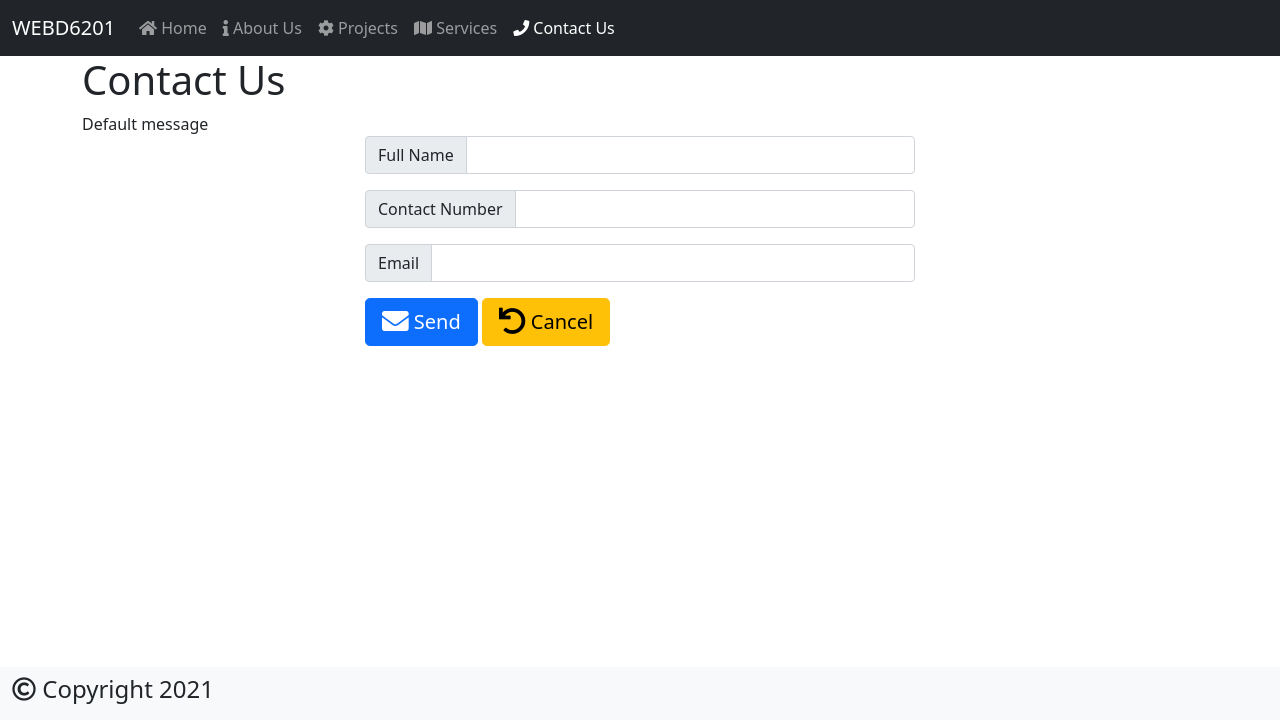
Repository: spencernewellevans/WEBD6201-ICE01
Page: contact.html
These files come from the project's save history. The page is drawn as it stood at one moment and after the next save; the edit follows.
The browser window is 1280 px wide. The pictures show the whole page.

Above is the page before, as saved 2021-01-22 21:46:20.
Console error: TypeError: document.getElementsById is not a function

### contact.html
<!DOCTYPE html>
<html lang="en">
<head>
    <meta charset="UTF-8">
    <meta name="viewport" content="width=device-width, initial-scale=1.0">
    <title>Contact</title>
    <!-- CSS Section-->
    <link rel="stylesheet" href="./node_modules/bootstrap/dist/css/bootstrap.min.css">
    <link rel="stylesheet" href="./node_modules/@fortawesome/fontawesome-free/css/all.min.css">
    <link rel="stylesheet" href="./Content/app.css">
</head>
<body>
    <!-- Main Header -->
    <header>
        <!-- Main Navigation -->
        <nav class="navbar navbar-expand-lg navbar-dark bg-dark">
            <div class="container-fluid">
              <a class="navbar-brand" href="#=index.html">WEBD6201</a>
              <button class="navbar-toggler" type="button" data-bs-toggle="collapse" data-bs-target="#navbarSupportedContent" aria-controls="navbarSupportedContent" aria-expanded="false" aria-label="Toggle navigation">
                <span class="navbar-toggler-icon"></span>
              </button>
              <div class="collapse navbar-collapse" id="navbarSupportedContent">
                <ul class="navbar-nav me-auto mb-2 mb-lg-0">
                  <li class="nav-item">
                    <a class="nav-link" aria-current="page" href="index.html"><i class="fas fa-home fa-large"></i> Home</a>
                  </li>

                  <li class="nav-item">
                    <a class="nav-link" aria-current="page" href="about.html"><i class="fas fa-info fa-large"></i> About Us</a>
                  </li>

                  <li class="nav-item">
                    <a class="nav-link" aria-current="page" href="projects.html"><i class="fas fa-cog fa-large"></i> Projects</a>
                  </li>

                  <li class="nav-item">
                    <a class="nav-link" aria-current="page" href="services.html"><i class="fas fa-map fa-large"></i> Services</a>
                  </li>

                  <li class="nav-item">
                    <a class="nav-link active" aria-current="page" href="contact.html"><i class="fas fa-phone fa-large"></i> Contact Us</a>
                  </li>
                </ul>
              </div>
            </div>
          </nav>
    </header>

    <!-- Main Content -->
    <main class="container">
        <h1>Contact Us</h1>
        <div id="messageArea">Default message</div>

        <div class="row justify-content-md-center g-3">
          <form class="col-lg-6 col-md-8 col-sm-10">

            <div class="input-group mb-3">
              <span class="input-group-text" id="inputGroup-sizing-default">Full Name</span>
              <input id="fullName" type="text" class="form-control" aria-label="Full name" aria-describedby="Full Name input" name="fullName" required>
            </div>

            <div class="input-group mb-3">
              <span class="input-group-text" id="inputGroup-sizing-default">Contact Number</span>
              <input id="contactNumber" type="tel" class="form-control" aria-label="Contact Number" aria-describedby="Contact Number Input" name="contactNumber" required>
            </div>

            <div class="input-group mb-3">
              <span class="input-group-text" id="inputGroup-sizing-default">Email</span>
              <input id="emailAddress" type="email" class="form-control" aria-label="Email Address" aria-describedby="Email Address Input" name="emailAddress" required>
            </div>

            <button type="submit" class="btn btn-primary btn-lg"><i class="fas fa-envelope fa-lg"></i> Send</button>
            <button type="reset" class="btn btn-warning btn-lg"><i class="fas fa-undo fa-lg"></i> Cancel</button>
          </form>
        </div>


    </main>

    <!-- Main Footer -->
    <footer>
        <nav class="navbar fixed-bottom navbar-light bg-light">
            <div class="container-fluid">
              <h4><i class="far fa-copyright fa-large"></i> Copyright 2021</h4>
            </div>
          </nav>
    </footer>

    <!-- Script Section -->
    <script src="./node_modules/jquery/dist/jquery.min.js"></script>
    <script src="./node_modules/bootstrap/dist/js/bootstrap.bundle.min.js"></script>
    <script src="./Scripts/app.js"></script>
</body>
</html>

### content/app.css
/* Custom CSS goes here */

### scripts/app.js
/* Custom JavaScript goes here */

// IIFE - Immediately Invoked Function Expression
// Anonymous self-executing expression
// limits scope leak

"use strict";

(function()
{
    function displayHome()
    {
        let paragraphOneText = "This is a simple site to demonstrate DOM manipulation for ICE 1";

        let paragraphOneElement = document.getElementById("paragraphOne");

        paragraphOneElement.textContent = paragraphOneText;
        paragraphOneElement.className = "fs-5"

        // CREATION
        // Step 1. create the element
        let newParagraph = document.createElement("p");
        // Step 2. configure the element
        newParagraph.setAttribute("id","paragraphTwo");
        newParagraph.textContent = "...And this is paragraph two"
        // Step 3. select parent element
        let mainContent = document.getElementsByTagName("main")[0];
        // Step 3. insert the element
        mainContent.appendChild(newParagraph);
        newParagraph.className = "fs-6";

        let paragraphDiv = document.createElement("div");
        let paragraphThree =  `<p id="paragraphThree" class="fs-7 fw-bold">And this is the third paragraph</p>`;
        paragraphDiv.innerHTML = paragraphThree;

        // INSERTION
        // insertion before a node example
        //newParagraph.before(paragraphDiv);

        // insertion after a node example
        newParagraph.after(paragraphDiv);

        // DELETION
        // example of removing a single element
        //paragraphOneElement.remove();

        // removeChild example
        mainContent.removeChild(paragraphOneElement);

        // MODIFICATION
        //mainContent.firstElementChild.textContent = "Welcome Home!"
        mainContent.innerHTML =
        `<h1 id="firstHeading">Welcome to WEBD6201 - Lab 1</h1>
        <p id="paragraphOne" class="fs-3">This is the first paragraph</p>
        `;
    }

    function displayAbout()
    {

    }

    function displayProjects()
    {

    }

    function displayServices()
    {

    }

    function displayContact()
    {
        let messageArea = document.getElementsById("messageArea");
        messageArea.hidden = true;

        //form validation

        let fullName = document.getElementById("fullName");
        fullName.addEventListener("blur", function(){
            if(fullName.value.length < 2)
            {
                fullName.focus();
            }

        });
    }

    function Start()
    {
        console.log("App Started...");

        switch (document.title)
        {
          case "Home":
            displayHome();
            break;
          case "About":
            displayAbout();
            break;
          case "Projects":
            displayProjects();
            break;
          case "Services":
            displayServices();
            break;
          case "Contact":
            displayContact();
            break;
        }



    }

    window.addEventListener("load", Start);

})();

Loaded but not shown: node_modules/bootstrap/dist/css/bootstrap.min.css (library); node_modules/@fortawesome/fontawesome-free/css/all.min.css (library); node_modules/jquery/dist/jquery.min.js (library); node_modules/bootstrap/dist/js/bootstrap.bundle.min.js (library)

After the next save:
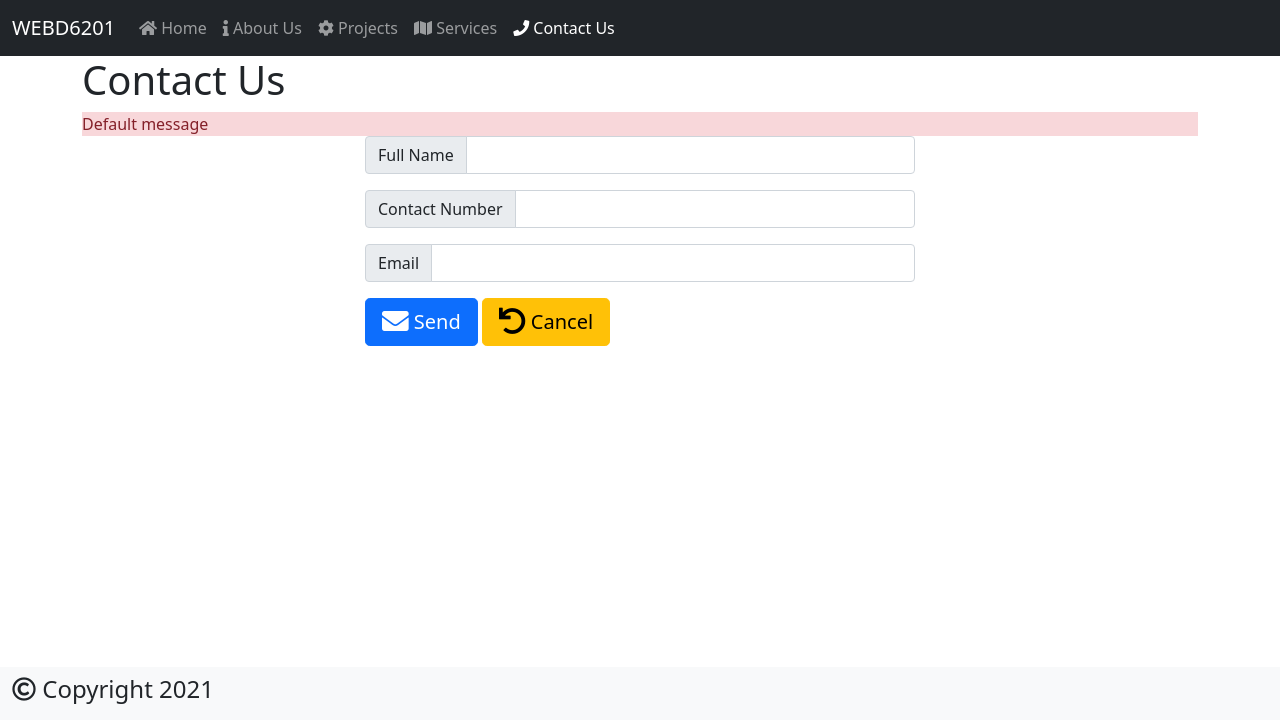
Saved 23 s later.
--- a/contact.html
+++ b/contact.html
@@ -49,7 +49,7 @@
     <!-- Main Content -->
     <main class="container">
         <h1>Contact Us</h1>
-        <div id="messageArea">Default message</div>
+        <div id="messageArea" class="alert-danger">Default message</div>
 
         <div class="row justify-content-md-center g-3">
           <form class="col-lg-6 col-md-8 col-sm-10">
